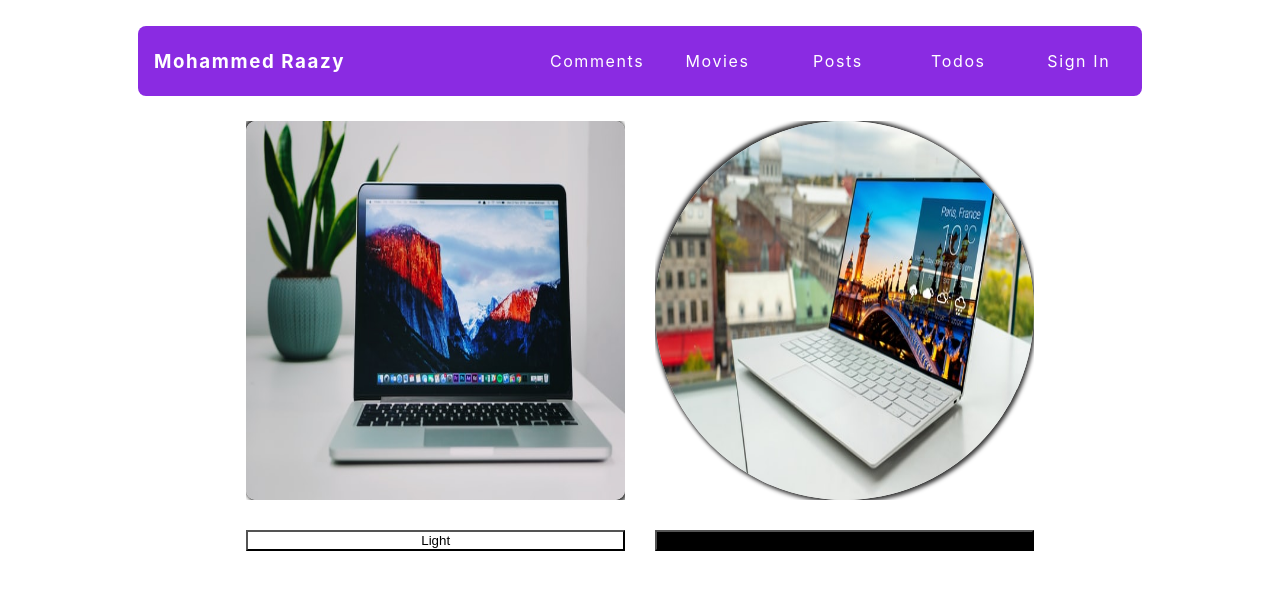
Repository: raazymuhd1/learn-nextjs
Page: /sass
The author's editor kept a copy of each file at every save. The page is drawn from the files as they stood at one save, then again after the next save.
The browser window is 1280 px wide. The pictures show the whole page.
The page's requests for data from a server got no answer. The project was rebuilt for these pictures with package versions that can differ from the ones it lists, and the page was loaded fresh each time. The framework's server and built-in components were replaced by stand-ins that run in the browser. No one was signed in, and anything a server would have sent is missing.

Above is the page before, as saved 2021-09-04 20:01:02.

### pages/_app.js
import Layout from '../components/Layout'
import '../styles/globals.css'
import { createStore } from "redux"
import { Provider } from "react-redux"

import Themes from "../globalStyle/theme"

import  allReducers from "../reducers"

const store = createStore(allReducers)

function MyApp({ Component, pageProps }) {
  return (
    <Provider store={store}>
          <Themes>
             <Layout>
                <Component {...pageProps} />
            </Layout>
          </Themes>
    </Provider>
  )

}

export default MyApp

### pages/sass/index.js
import React from 'react'
import styles from "../../styles/sass.module.scss"
import Image from "next/image"
import { lp1, lp2} from "../../public"

const Sass = () => {
    return (
        <div className={styles.container}>
             <Image
             className={styles.square}
             src={lp1} width={400}
             height={400} placeholder="blur" />
             <Image
              className={styles.circle}
              src={lp2} width={400}
              height={400} placeholder="blur" />

             {/* lightMode btn */}
             <button className={styles.light}> Light </button>
             <button className={styles.dark}> Dark </button>
        </div>
    )
}

export default Sass

### components/Layout/index.js
import React, { useEffect } from 'react'
import Head from 'next/head'
import { Container, Main } from '../global'
import Navbar from '../Navbar'

const Layout = ({ children }) => {

    return (
        <Container>
            <Navbar />
            <Head>
                <meta name="description" content="nextjs app" />
                <title> Big Next Project </title>
            </Head>

            <Main>
                { children }
            </Main>
        </Container>
    )
}

export default Layout

### globalStyle/theme.js
import { ThemeProvider } from "styled-components"

import theme from "./defualtThemes"

const Theme = ({ children }) => {
    return (
        <ThemeProvider theme={theme}>
             { children }
        </ThemeProvider>
    )
}

export default Theme

### reducers/index.js
import { combineReducers } from "redux"
import { movies } from './movies'

const allReducers =  combineReducers({
       movies,
})

export default allReducers;

### styles/sass.module.scss
@mixin images($circle: false) {
    border-radius: 10px;
    box-shadow: 2px 3px 4px #333, -2px -3px 4px #333 ;
    outline: none;

    @if $circle {
        border-radius: 50%;
    }
}

@mixin bgMode( $dark: false ) {
       @if $dark {
           background: #000;
       } @else {
           background: #fff;
       }
}

.container {
    width: 80%;
    margin: 20px auto;
    display: grid;
    grid-template-columns: repeat(2, 1fr);
    gap: 30px;

    .square {
        @include images($circle: false)
    }

    .circle {
        @include images($circle: true)
    }

     .light {
         @include bgMode($dark: false)
     }

     .dark {
         @include bgMode($dark: true);
     }

}

### public/index.js
import lp1 from "./laptop1.jpg"
import lp2 from "./laptop2.jpg"
import wp1 from "./workspace6.jpg"
import wp2 from "./workspace setup.jpg"

export { lp1, lp2, wp1, wp2 }

### components/global/index.js
import styled from 'styled-components'

export const Container = styled.div`
    padding: 10px;
    width: 80%;
    margin: 1rem auto;
`
export const Main = styled.main`
    padding: 5px 10px;
`

### components/Navbar/index.js
import { LI, Nav, UL, HeadingThree } from "./styles";
import Link from "next/link"
import { useSession, signIn, signOut } from "next-auth/client"

const Navbar = () => {
     const [session, loading] = useSession()

    return (
        <Nav>
             <HeadingThree> Mohammed Raazy </HeadingThree>
             <UL>
                 <Link href="/comment">
                     <LI> Comments </LI>
                 </Link>
                 <Link href="/movies">
                     <LI> Movies </LI>
                 </Link>
                 <Link href="/posts">
                     <LI> Posts </LI>
                 </Link>
                 <Link href="/todo">
                     <LI> Todos </LI>
                 </Link>
                 { !session &&
                        <LI onClick={() => signIn()}> Sign In </LI>
                  }
                  { session && !loading &&
                        <LI onClick={() => signOut() } > Sign Out </LI>
                  }
             </UL>
        </Nav>
    )
}

export default Navbar;

### globalStyle/defualtThemes.js
const themes = {
    colors: {
        bg: "blueviolet",
        fnColor: "#333"
    },

    breakpoints: {
        sm: "screen and (max-width: 640px)",
        md: "screen and (max-width: 768px)",
        lg: "screen and (max-width: 1024px)",
        xl: "screen and (max-width: 1280px)"
    }
}

export default themes;

### reducers/movies.js
const initialState = [
    { id: 1, name: "Avengers", price: "3k" },
]

export const movies =  (state = initialState, action) => {
     switch(action.type) {
         case "addMovie":
               return [ ...state, { name: action.name, price: action.price } ]
        default:
            return state
     }
}

### components/Navbar/styles.js
import styled from "styled-components"

export const Nav = styled.nav`
    padding: 5px 1rem;
    display: flex;
    align-items: center;
    justify-content: space-between;
    background:${({theme}) => theme.colors.bg } ;
    color: #fff;
    border-radius: 8px;
    letter-spacing: 0.1rem;

    @media ${({theme}) => theme.breakpoints.sm } {
         flex-direction: column;
         justify-content: center;
    }

`

export const HeadingThree = styled.h3`
    letter-spacing: 0.1rem;
`

export const UL = styled.div`
   display: grid;
   grid-template-columns: repeat(5, 1fr);
   justify-items: center;
   gap: 10px;
   cursor: pointer;

${'' /* small size */}
   @media ${({theme}) => theme.breakpoints.sm } {
       display: grid;
       grid-template-columns: repeat(3, 1fr);
       justify-items: center;
   }

   ${'' /* medium size */}
   @media ${({theme}) => theme.breakpoints.md} {
       margin-left: 1rem;
       grid-template-columns: repeat(3, 1fr);
   }
`

export const LI = styled.li`
    list-style: none;
    margin-left: 1rem;
`

Loaded but not shown: pages/_document.js (common file); styles/globals.css (common file)

After the next save:
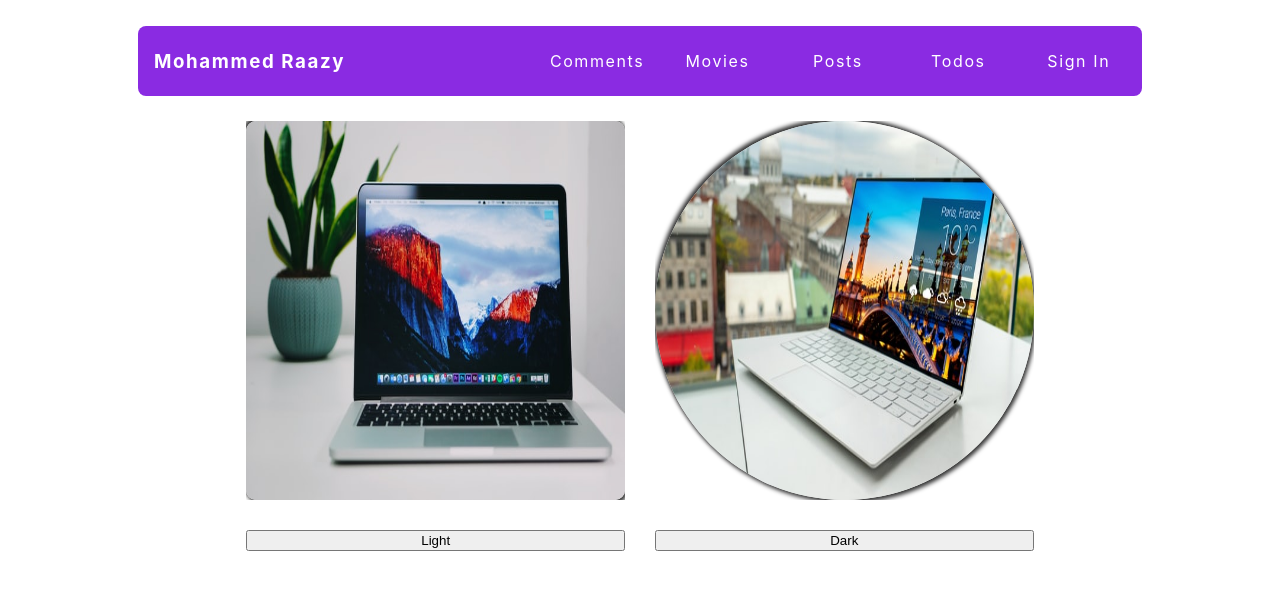
Saved 16 min 1 s later.
--- a/styles/sass.module.scss
+++ b/styles/sass.module.scss
@@ -31,12 +31,5 @@
         @include images($circle: true)
     }
 
-     .light {
-         @include bgMode($dark: false)
-     }
-
-     .dark {
-         @include bgMode($dark: true);
-     }
 
 }
